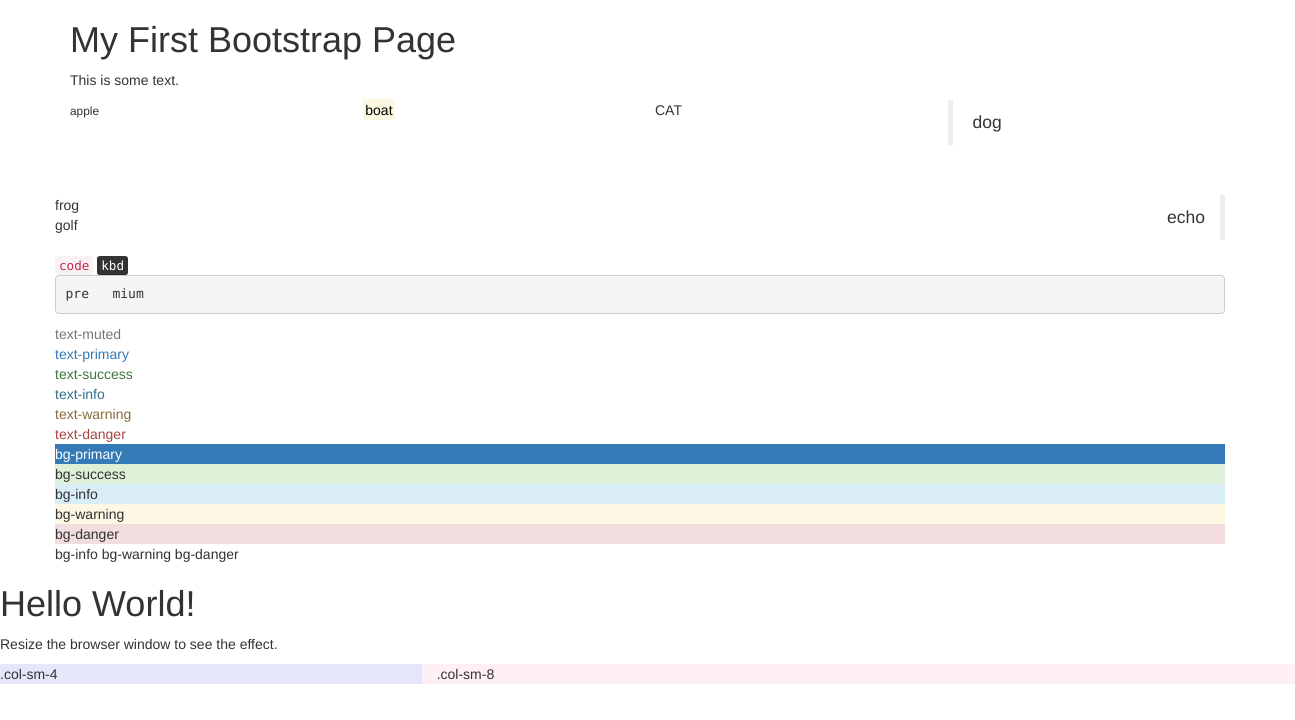
Repository: jksfoTemp/HTML5
Page: bootstrap/bootstrap1.html
The author's editor kept a record of every edit. The page is drawn from the files as they stood at one moment, then again after the next edit.
The browser window is 1280 px wide. The page is 1295 px wide, so the pictures cover 1295 px, including what lies to the right of the window. The pictures show the whole page.

Above is the page before.
Console error (its wording comes from the project's code and is left out).

### bootstrap/bootstrap1.html
<!DOCTYPE html>
<html lang="en">

<head>
    <title>Bootstrap1</title>
    <meta charset="utf-8">
    <meta name="viewport" content="width=device-width, initial-scale=1">

    <!-- Latest compiled and minified CSS -->
    <link rel="stylesheet" href="https://maxcdn.bootstrapcdn.com/bootstrap/3.3.2/css/bootstrap.min.css">

    <!-- Optional theme -->
    <link rel="stylesheet" href="https://maxcdn.bootstrapcdn.com/bootstrap/3.3.2/css/bootstrap-theme.min.css">

    <!-- Latest compiled and minified JavaScript -->
    <script src="https://maxcdn.bootstrapcdn.com/bootstrap/3.3.2/js/bootstrap.min.js"></script>

</head>

<body>
    <div class="container">
        <h1>My First Bootstrap Page</h1>
        <p>This is some text.</p>

        <div class="row">
            <div class="col-sm-3" style=""><small>apple</small></div>
            <div class="col-sm-3"><mark>boat</mark></div>
            <div class="col-sm-3"><abbr>CAT</abbr></div>
            <div class="col-sm-3"><blockquote>dog</blockquote> </div>
            &nbsp;
            <p />
        </div>
        <div class="row">
            <blockquote class="pull-right">echo</blockquote>
            <blockquote-reverse>frog</blockquote-reverse>
            <dl>golf</dl>
            <code>code</code>
            <kbd>kbd</kbd>
            <pre>pre   mium</pre>
            <div class="text-muted">text-muted</div>
            <div class="text-primary">text-primary</div>
            <div class="text-success">text-success</div>
            <div class="text-info">text-info</div>
            <div class="text-warning">text-warning</div>
            <div class="text-danger">text-danger</div>

            <div class="bg-primary">bg-primary</div>
            <div class="bg-success">bg-success</div>
            <div class="bg-info">bg-info</div>
            <div class="bg-warning">bg-warning</div>
            <div class="bg-danger">bg-danger</div>


bg-info
bg-warning
bg-danger

        </div>
    </div>

  <h1>Hello World!</h1>
  <p>Resize the browser window to see the effect.</p>
  <div class="row">
    <div class="col-sm-4" style="background-color:lavender;">.col-sm-4</div>
    <div class="col-sm-8" style="background-color:lavenderblush;">.col-sm-8</div>
  </div>

</body>

</html>

After the next edit:
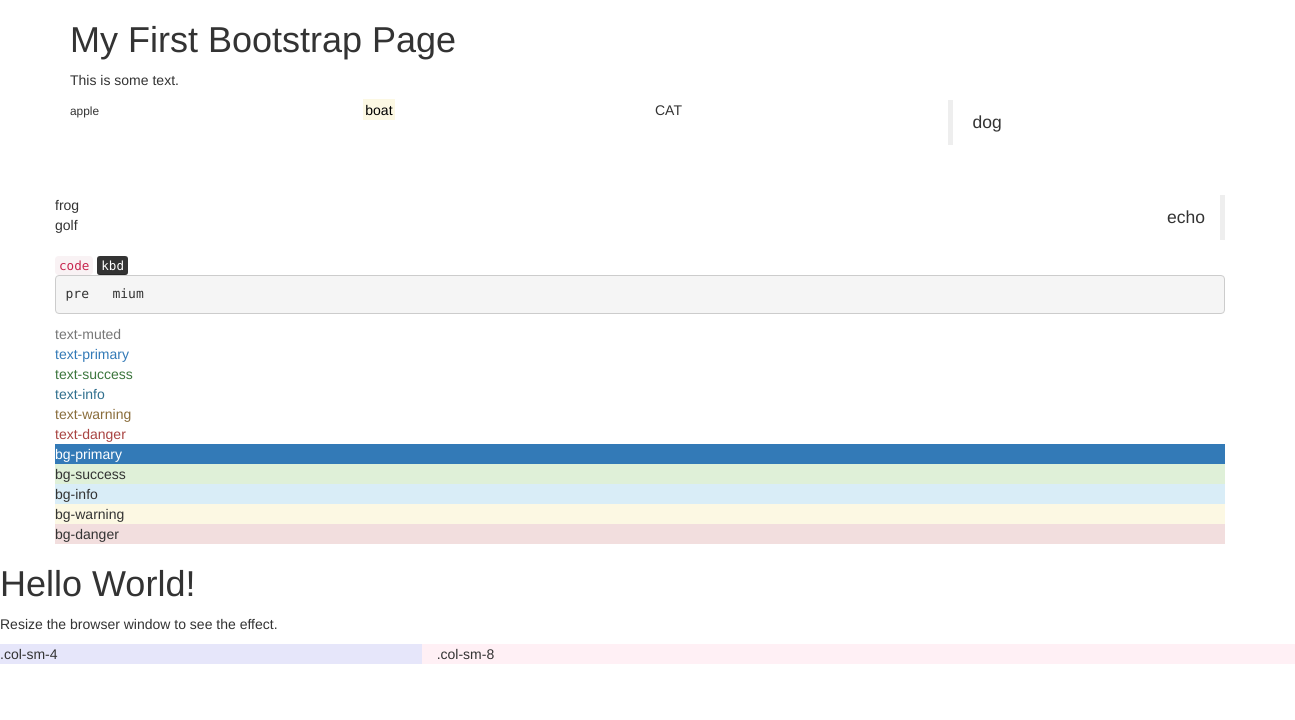
The edit:
--- a/bootstrap/bootstrap1.html
+++ b/bootstrap/bootstrap1.html
@@ -51,10 +51,6 @@
             <div class="bg-danger">bg-danger</div>
 
 
-bg-info
-bg-warning
-bg-danger
-
         </div>
     </div>
 
